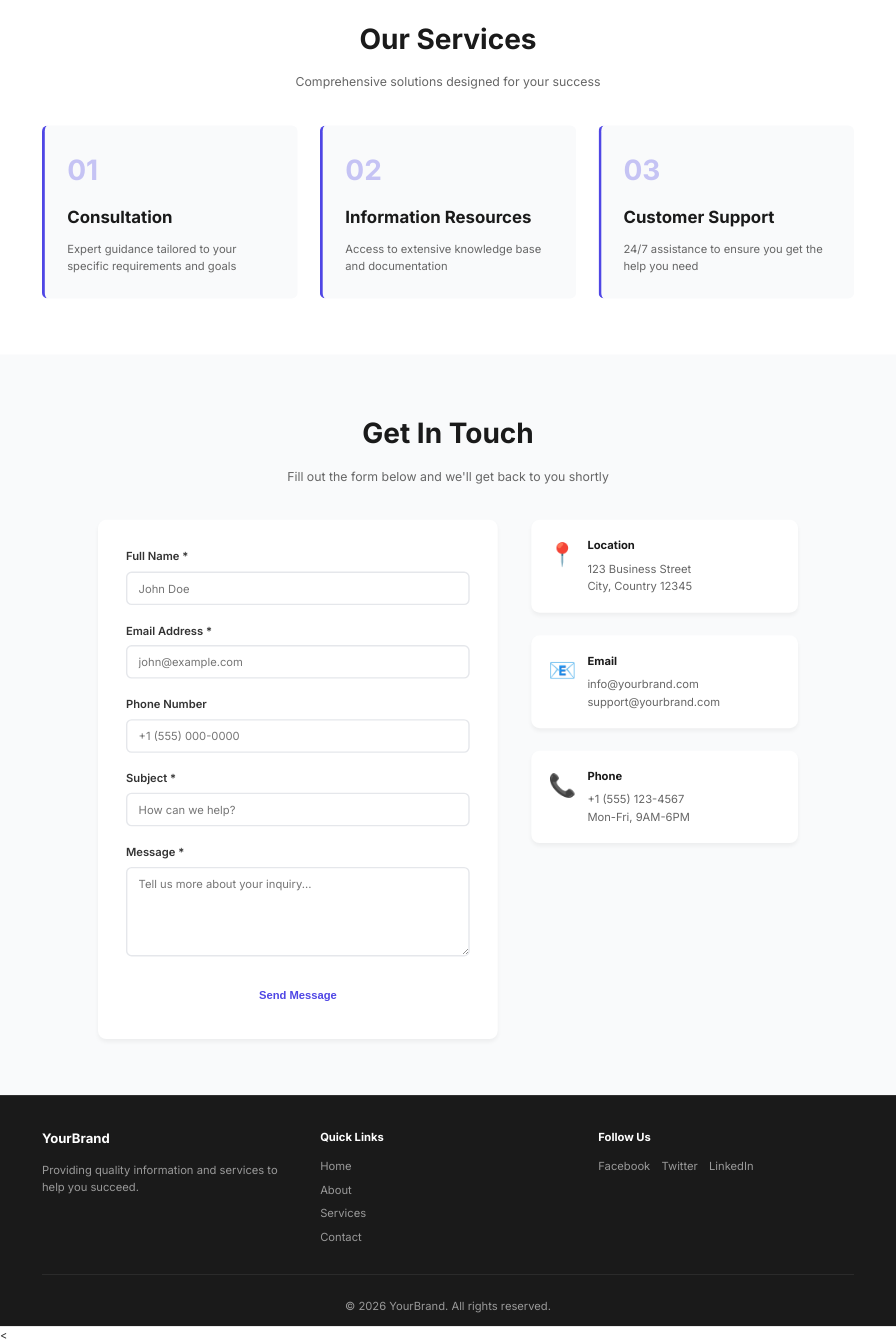
Repository: PrashanttSingh/professional-landing-page-template
Page: Templates/index .html
These files come from the project's save history. The page is drawn as it stood at one moment and after the next save; the edit follows.
The browser window is 1280 px wide. The pictures show the part of the page from y = 1349 to 3269 px (the page is 3269 px tall before and 3243 px after), at 70% of full size.

Above is the page before, as saved 2026-01-29 16:43:12.

### Templates/index .html
<!DOCTYPE html>
<html lang="en">

<head>
    <meta charset="UTF-8">
    <meta name="viewport" content="width=device-width, initial-scale=1.0">
    <meta name="description"
        content="Get more information about our services and solutions. Contact us today for personalized assistance.">
    <meta name="keywords" content="customer information, services, contact, solutions">
    <title>Customer Information - Get Started Today</title>
    <link rel="stylesheet" href="/static/styles.css">



    <link rel="preconnect" href="https://fonts.googleapis.com">
    <link rel="preconnect" href="https://fonts.gstatic.com" crossorigin>
    <link href="https://fonts.googleapis.com/css2?family=Inter:wght@400;600;700&display=swap" rel="stylesheet">
</head>

<body>
    <!-- Navigation -->
    <nav class="navbar">
        <div class="container">
            <div class="logo">YourBrand</div>
            <ul class="nav-links">
                <li><a href="#home">Home</a></li>
                <li><a href="#about">About</a></li>
                <li><a href="#services">Services</a></li>
                <li><a href="#contact">Contact</a></li>
            </ul>
            <div class="hamburger">
                <span></span>
                <span></span>
                <span></span>
            </div>
        </div>
    </nav>

    <!-- Hero Section -->
    <section id="home" class="hero">
        <div class="container">
            <div class="hero-content">
                <h1 class="hero-title">Welcome to Your Solution</h1>
                <p class="hero-subtitle">Get all the information you need to make informed decisions. We're here to help
                    you every step of the way.</p>
                <div class="hero-buttons">
                    <a href="#contact" class="btn btn-primary">Get Started</a>
                    <a href="#about" class="btn btn-secondary">Learn More</a>
                </div>
            </div>
            <div class="hero-image">
                <div class="hero-placeholder">
                    <svg width="500" height="400" viewBox="0 0 500 400">
                        <rect x="50" y="50" width="400" height="300" fill="#4F46E5" opacity="0.1" rx="10" />
                        <circle cx="250" cy="200" r="80" fill="#4F46E5" opacity="0.3" />
                        <path d="M150 200 L250 120 L350 200 L250 280 Z" fill="#4F46E5" opacity="0.5" />
                    </svg>
                </div>
            </div>
        </div>
    </section>

    <!-- About Section -->
    <section id="about" class="about">
        <div class="container">
            <h2 class="section-title">Why Choose Us</h2>
            <p class="section-subtitle">We provide comprehensive information and support to help you succeed</p>
            <div class="features-grid">
                <div class="feature-card">
                    <div class="feature-icon">📊</div>
                    <h3>Detailed Information</h3>
                    <p>Access comprehensive data and insights tailored to your needs</p>
                </div>
                <div class="feature-card">
                    <div class="feature-icon">⚡</div>
                    <h3>Fast Response</h3>
                    <p>Get quick answers and timely updates on your inquiries</p>
                </div>
                <div class="feature-card">
                    <div class="feature-icon">🔒</div>
                    <h3>Secure & Private</h3>
                    <p>Your information is protected with industry-leading security</p>
                </div>
                <div class="feature-card">
                    <div class="feature-icon">💼</div>
                    <h3>Professional Support</h3>
                    <p>Our expert team is ready to assist you whenever needed</p>
                </div>
            </div>
        </div>
    </section>

    <!-- Services Section -->
    <section id="services" class="services">
        <div class="container">
            <h2 class="section-title">Our Services</h2>
            <p class="section-subtitle">Comprehensive solutions designed for your success</p>
            <div class="services-grid">
                <div class="service-item">
                    <div class="service-number">01</div>
                    <h3>Consultation</h3>
                    <p>Expert guidance tailored to your specific requirements and goals</p>
                </div>
                <div class="service-item">
                    <div class="service-number">02</div>
                    <h3>Information Resources</h3>
                    <p>Access to extensive knowledge base and documentation</p>
                </div>
                <div class="service-item">
                    <div class="service-number">03</div>
                    <h3>Customer Support</h3>
                    <p>24/7 assistance to ensure you get the help you need</p>
                </div>
            </div>
        </div>
    </section>

    <!-- Contact Section -->
    <section id="contact" class="contact">
        <div class="container">
            <h2 class="section-title">Get In Touch</h2>
            <p class="section-subtitle">Fill out the form below and we'll get back to you shortly</p>
            <div class="contact-wrapper">
                <form class="contact-form">
                    <div class="form-group">
                        <label for="name">Full Name *</label>
                        <input type="text" id="name" name="name" required placeholder="John Doe">
                    </div>
                    <div class="form-group">
                        <label for="email">Email Address *</label>
                        <input type="email" id="email" name="email" required placeholder="john@example.com">
                    </div>
                    <div class="form-group">
                        <label for="phone">Phone Number</label>
                        <input type="tel" id="phone" name="phone" placeholder="+1 (555) 000-0000">
                    </div>
                    <div class="form-group">
                        <label for="subject">Subject *</label>
                        <input type="text" id="subject" name="subject" required placeholder="How can we help?">
                    </div>
                    <div class="form-group">
                        <label for="message">Message *</label>
                        <textarea id="message" name="message" rows="5" required
                            placeholder="Tell us more about your inquiry..."></textarea>
                    </div>
                    <button type="submit" class="btn btn-primary btn-full">Send Message</button>
                </form>
                <div class="contact-info">
                    <div class="info-item">
                        <div class="info-icon">📍</div>
                        <div>
                            <h4>Location</h4>
                            <p>123 Business Street<br>City, Country 12345</p>
                        </div>
                    </div>
                    <div class="info-item">
                        <div class="info-icon">📧</div>
                        <div>
                            <h4>Email</h4>
                            <p>info@yourbrand.com<br>support@yourbrand.com</p>
                        </div>
                    </div>
                    <div class="info-item">
                        <div class="info-icon">📞</div>
                        <div>
                            <h4>Phone</h4>
                            <p>+1 (555) 123-4567<br>Mon-Fri, 9AM-6PM</p>
                        </div>
                    </div>
                </div>
            </div>
        </div>
    </section>

    <!-- Footer -->
    <footer class="footer">
        <div class="container">
            <div class="footer-content">
                <div class="footer-section">
                    <h3>YourBrand</h3>
                    <p>Providing quality information and services to help you succeed.</p>
                </div>
                <div class="footer-section">
                    <h4>Quick Links</h4>
                    <ul>
                        <li><a href="#home">Home</a></li>
                        <li><a href="#about">About</a></li>
                        <li><a href="#services">Services</a></li>
                        <li><a href="#contact">Contact</a></li>
                    </ul>
                </div>
                <div class="footer-section">
                    <h4>Follow Us</h4>
                    <div class="social-links">
                        <a href="#" aria-label="Facebook">Facebook</a>
                        <a href="#" aria-label="Twitter">Twitter</a>
                        <a href="#" aria-label="LinkedIn">LinkedIn</a>
                    </div>
                </div>
            </div>
            <div class="footer-bottom">
                <p>&copy; 2026 YourBrand. All rights reserved.</p>
            </div>
        </div>
    </footer>

    <<script src="/static/script.js"></script>



</body>

</html>

### static/styles.css
/* Reset and Base Styles */
* {
    margin: 0;
    padding: 0;
    box-sizing: border-box;
}

html {
    scroll-behavior: smooth;
}

body {
    font-family: 'Inter', -apple-system, BlinkMacSystemFont, 'Segoe UI', Roboto, sans-serif;
    line-height: 1.6;
    color: #333;
    overflow-x: hidden;
}

.container {
    max-width: 1200px;
    margin: 0 auto;
    padding: 0 20px;
}

/* Navigation */
.navbar {
    background: #fff;
    box-shadow: 0 2px 10px rgba(0,0,0,0.1);
    position: fixed;
    width: 100%;
    top: 0;
    z-index: 1000;
    transition: all 0.3s ease;
}

.navbar .container {
    display: flex;
    justify-content: space-between;
    align-items: center;
    padding: 1rem 20px;
}

.logo {
    font-size: 1.5rem;
    font-weight: 700;
    color: #4F46E5;
}

.nav-links {
    display: flex;
    list-style: none;
    gap: 2rem;
}

.nav-links a {
    text-decoration: none;
    color: #333;
    font-weight: 500;
    transition: color 0.3s ease;
}

.nav-links a:hover {
    color: #4F46E5;
}

.hamburger {
    display: none;
    flex-direction: column;
    cursor: pointer;
}

.hamburger span {
    width: 25px;
    height: 3px;
    background: #333;
    margin: 3px 0;
    transition: all 0.3s ease;
}

/* Hero Section */
.hero {
    margin-top: 70px;
    padding: 80px 0;
    background: linear-gradient(135deg, #667eea 0%, #764ba2 100%);
    color: #fff;
}

.hero .container {
    display: grid;
    grid-template-columns: 1fr 1fr;
    gap: 3rem;
    align-items: center;
}

.hero-title {
    font-size: 3rem;
    font-weight: 700;
    margin-bottom: 1rem;
    line-height: 1.2;
}

.hero-subtitle {
    font-size: 1.2rem;
    margin-bottom: 2rem;
    opacity: 0.95;
}

.hero-buttons {
    display: flex;
    gap: 1rem;
    flex-wrap: wrap;
}

.btn {
    padding: 14px 32px;
    border-radius: 8px;
    text-decoration: none;
    font-weight: 600;
    transition: all 0.3s ease;
    display: inline-block;
    cursor: pointer;
    border: none;
    font-size: 1rem;
}

.btn-primary {
    background: #fff;
    color: #4F46E5;
}

.btn-primary:hover {
    transform: translateY(-2px);
    box-shadow: 0 8px 20px rgba(0,0,0,0.2);
}

.btn-secondary {
    background: transparent;
    color: #fff;
    border: 2px solid #fff;
}

.btn-secondary:hover {
    background: #fff;
    color: #4F46E5;
}

.hero-placeholder {
    display: flex;
    justify-content: center;
    align-items: center;
}

/* Sections */
section {
    padding: 80px 0;
}

.section-title {
    font-size: 2.5rem;
    text-align: center;
    margin-bottom: 1rem;
    color: #1a1a1a;
}

.section-subtitle {
    text-align: center;
    font-size: 1.1rem;
    color: #666;
    margin-bottom: 3rem;
    max-width: 600px;
    margin-left: auto;
    margin-right: auto;
}

/* About Section */
.about {
    background: #f9fafb;
}

.features-grid {
    display: grid;
    grid-template-columns: repeat(auto-fit, minmax(250px, 1fr));
    gap: 2rem;
}

.feature-card {
    background: #fff;
    padding: 2rem;
    border-radius: 12px;
    box-shadow: 0 4px 6px rgba(0,0,0,0.05);
    transition: all 0.3s ease;
    text-align: center;
}

.feature-card:hover {
    transform: translateY(-8px);
    box-shadow: 0 12px 24px rgba(0,0,0,0.1);
}

.feature-icon {
    font-size: 3rem;
    margin-bottom: 1rem;
}

.feature-card h3 {
    font-size: 1.4rem;
    margin-bottom: 0.8rem;
    color: #1a1a1a;
}

.feature-card p {
    color: #666;
    line-height: 1.6;
}

/* Services Section */
.services-grid {
    display: grid;
    grid-template-columns: repeat(auto-fit, minmax(300px, 1fr));
    gap: 2rem;
}

.service-item {
    padding: 2rem;
    border-left: 4px solid #4F46E5;
    background: #f9fafb;
    border-radius: 8px;
    transition: all 0.3s ease;
}

.service-item:hover {
    background: #fff;
    box-shadow: 0 8px 16px rgba(0,0,0,0.1);
}

.service-number {
    font-size: 2.5rem;
    font-weight: 700;
    color: #4F46E5;
    opacity: 0.3;
    margin-bottom: 1rem;
}

.service-item h3 {
    font-size: 1.5rem;
    margin-bottom: 0.8rem;
    color: #1a1a1a;
}

.service-item p {
    color: #666;
}

/* Contact Section */
.contact {
    background: #f9fafb;
}

.contact-wrapper {
    display: grid;
    grid-template-columns: 1.5fr 1fr;
    gap: 3rem;
    max-width: 1000px;
    margin: 0 auto;
}

.contact-form {
    background: #fff;
    padding: 2.5rem;
    border-radius: 12px;
    box-shadow: 0 4px 6px rgba(0,0,0,0.05);
}

.form-group {
    margin-bottom: 1.5rem;
}

.form-group label {
    display: block;
    margin-bottom: 0.5rem;
    font-weight: 600;
    color: #333;
}

.form-group input,
.form-group textarea {
    width: 100%;
    padding: 12px 16px;
    border: 2px solid #e5e7eb;
    border-radius: 8px;
    font-size: 1rem;
    font-family: inherit;
    transition: border-color 0.3s ease;
}

.form-group input:focus,
.form-group textarea:focus {
    outline: none;
    border-color: #4F46E5;
}

.form-group textarea {
    resize: vertical;
}

.btn-full {
    width: 100%;
}

.contact-info {
    display: flex;
    flex-direction: column;
    gap: 2rem;
}

.info-item {
    display: flex;
    gap: 1rem;
    padding: 1.5rem;
    background: #fff;
    border-radius: 12px;
    box-shadow: 0 4px 6px rgba(0,0,0,0.05);
}

.info-icon {
    font-size: 2rem;
}

.info-item h4 {
    margin-bottom: 0.5rem;
    color: #1a1a1a;
}

.info-item p {
    color: #666;
    line-height: 1.6;
}

/* Footer */
.footer {
    background: #1a1a1a;
    color: #fff;
    padding: 3rem 0 1rem;
}

.footer-content {
    display: grid;
    grid-template-columns: repeat(auto-fit, minmax(250px, 1fr));
    gap: 2rem;
    margin-bottom: 2rem;
}

.footer-section h3,
.footer-section h4 {
    margin-bottom: 1rem;
}

.footer-section p {
    color: #999;
    line-height: 1.6;
}

.footer-section ul {
    list-style: none;
}

.footer-section ul li {
    margin-bottom: 0.5rem;
}

.footer-section ul li a {
    color: #999;
    text-decoration: none;
    transition: color 0.3s ease;
}

.footer-section ul li a:hover {
    color: #fff;
}

.social-links {
    display: flex;
    gap: 1rem;
    flex-wrap: wrap;
}

.social-links a {
    color: #999;
    text-decoration: none;
    transition: color 0.3s ease;
}

.social-links a:hover {
    color: #4F46E5;
}

.footer-bottom {
    text-align: center;
    padding-top: 2rem;
    border-top: 1px solid #333;
    color: #999;
}

/* Responsive Design */
@media (max-width: 768px) {
    .nav-links {
        position: fixed;
        left: -100%;
        top: 70px;
        flex-direction: column;
        background: #fff;
        width: 100%;
        text-align: center;
        transition: 0.3s;
        box-shadow: 0 10px 27px rgba(0,0,0,0.05);
        padding: 2rem 0;
    }

    .nav-links.active {
        left: 0;
    }

    .hamburger {
        display: flex;
    }

    .hero .container {
        grid-template-columns: 1fr;
        text-align: center;
    }

    .hero-title {
        font-size: 2rem;
    }

    .hero-buttons {
        justify-content: center;
    }

    .hero-placeholder svg {
        width: 100%;
        height: auto;
    }

    .section-title {
        font-size: 2rem;
    }

    .features-grid,
    .services-grid {
        grid-template-columns: 1fr;
    }

    .contact-wrapper {
        grid-template-columns: 1fr;
    }

    .contact-form {
        padding: 1.5rem;
    }

    .footer-content {
        grid-template-columns: 1fr;
        text-align: center;
    }

    .social-links {
        justify-content: center;
    }
}

@media (max-width: 480px) {
    .hero {
        padding: 60px 0;
    }

    .hero-title {
        font-size: 1.75rem;
    }

    .hero-subtitle {
        font-size: 1rem;
    }

    .btn {
        padding: 12px 24px;
        font-size: 0.9rem;
    }

    section {
        padding: 60px 0;
    }

    .section-title {
        font-size: 1.75rem;
    }

    .feature-card,
    .service-item {
        padding: 1.5rem;
    }
}

### static/script.js
// Mobile Menu Toggle
const hamburger = document.querySelector('.hamburger');
const navLinks = document.querySelector('.nav-links');

hamburger.addEventListener('click', () => {
    navLinks.classList.toggle('active');
    hamburger.classList.toggle('active');
});

// Close mobile menu when clicking on a link
document.querySelectorAll('.nav-links a').forEach(link => {
    link.addEventListener('click', () => {
        navLinks.classList.remove('active');
        hamburger.classList.remove('active');
    });
});

// Smooth scroll for navigation links
document.querySelectorAll('a[href^="#"]').forEach(anchor => {
    anchor.addEventListener('click', function (e) {
        e.preventDefault();
        const target = document.querySelector(this.getAttribute('href'));
        if (target) {
            target.scrollIntoView({
                behavior: 'smooth',
                block: 'start'
            });
        }
    });
});

// Navbar background on scroll
const navbar = document.querySelector('.navbar');
window.addEventListener('scroll', () => {
    if (window.scrollY > 50) {
        navbar.style.boxShadow = '0 4px 12px rgba(0,0,0,0.15)';
    } else {
        navbar.style.boxShadow = '0 2px 10px rgba(0,0,0,0.1)';
    }
});

// Form submission with Flask backend
const contactForm = document.querySelector('.contact-form');
contactForm.addEventListener('submit', async (e) => {
    e.preventDefault();

    // Get form data
    const formData = new FormData(contactForm);
    const data = {
        name: formData.get('name'),
        email: formData.get('email'),
        phone: formData.get('phone'),
        subject: formData.get('subject'),
        message: formData.get('message')
    };

    // Show loading state
    const submitBtn = contactForm.querySelector('button[type="submit"]');
    const originalText = submitBtn.textContent;
    submitBtn.textContent = 'Sending...';
    submitBtn.disabled = true;

    try {
        // Send data to Flask backend
        const response = await fetch('/api/contact', {
            method: 'POST',
            headers: {
                'Content-Type': 'application/json'
            },
            body: JSON.stringify(data)
        });

        const result = await response.json();

        if (result.success) {
            alert('✅ ' + result.message);
            contactForm.reset();
        } else {
            alert('❌ Error: ' + result.message);
        }
    } catch (error) {
        alert('❌ Error sending message. Please try again.');
        console.error('Error:', error);
    } finally {
        // Reset button state
        submitBtn.textContent = originalText;
        submitBtn.disabled = false;
    }
});

// Intersection Observer for fade-in animations
const observerOptions = {
    threshold: 0.1,
    rootMargin: '0px 0px -50px 0px'
};

const observer = new IntersectionObserver((entries) => {
    entries.forEach(entry => {
        if (entry.isIntersecting) {
            entry.target.style.opacity = '1';
            entry.target.style.transform = 'translateY(0)';
        }
    });
}, observerOptions);

// Observe all feature cards and service items
document.querySelectorAll('.feature-card, .service-item').forEach(el => {
    el.style.opacity = '0';
    el.style.transform = 'translateY(20px)';
    el.style.transition = 'opacity 0.6s ease, transform 0.6s ease';
    observer.observe(el);
});

console.log('Landing page with Flask backend loaded! 🚀');

After the next save:
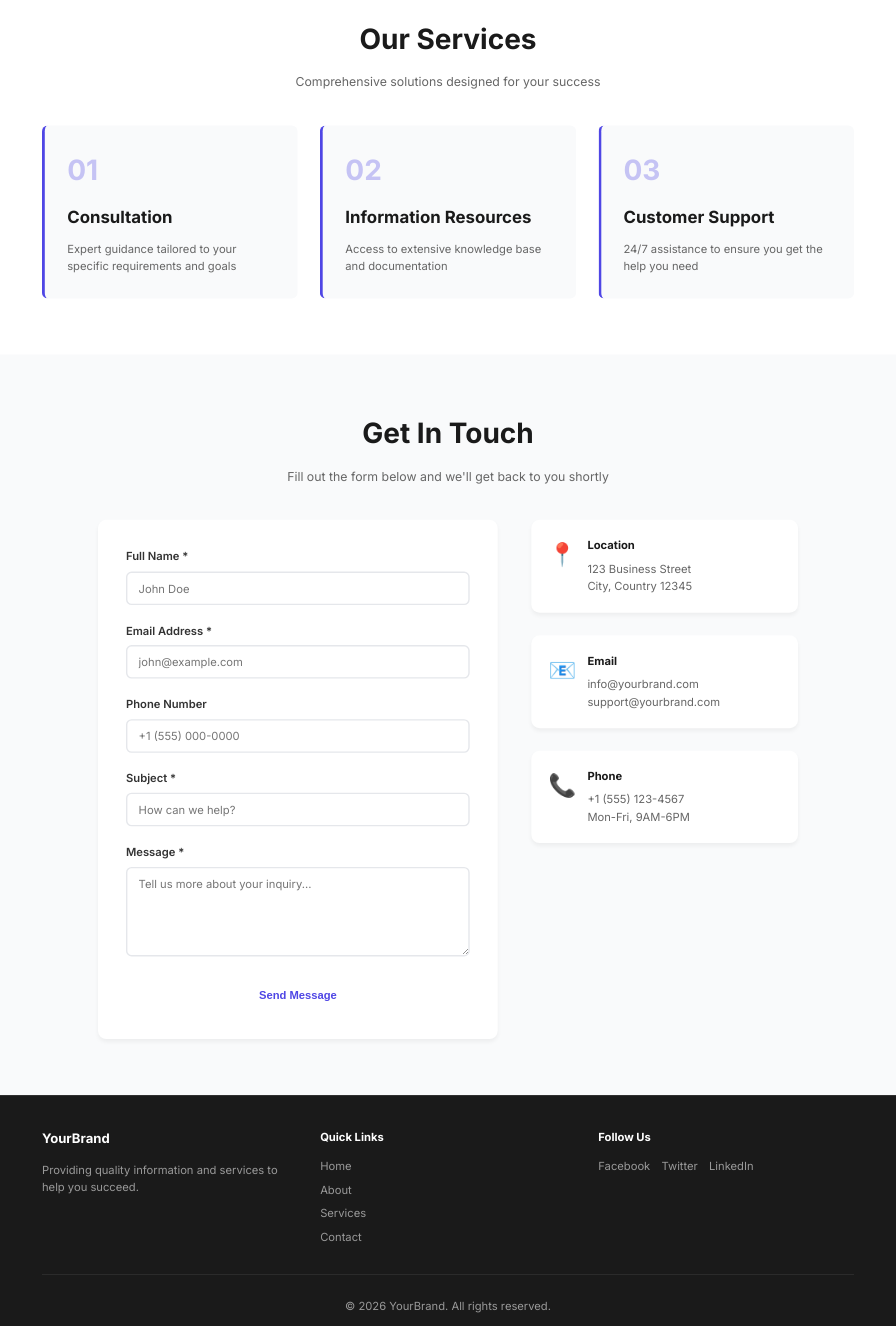
Saved 5 s later.
--- a/Templates/index .html
+++ b/Templates/index .html
@@ -204,7 +204,7 @@
         </div>
     </footer>
 
-    <<script src="/static/script.js"></script>
+    <script src="/static/script.js"></script>
 
 
 
